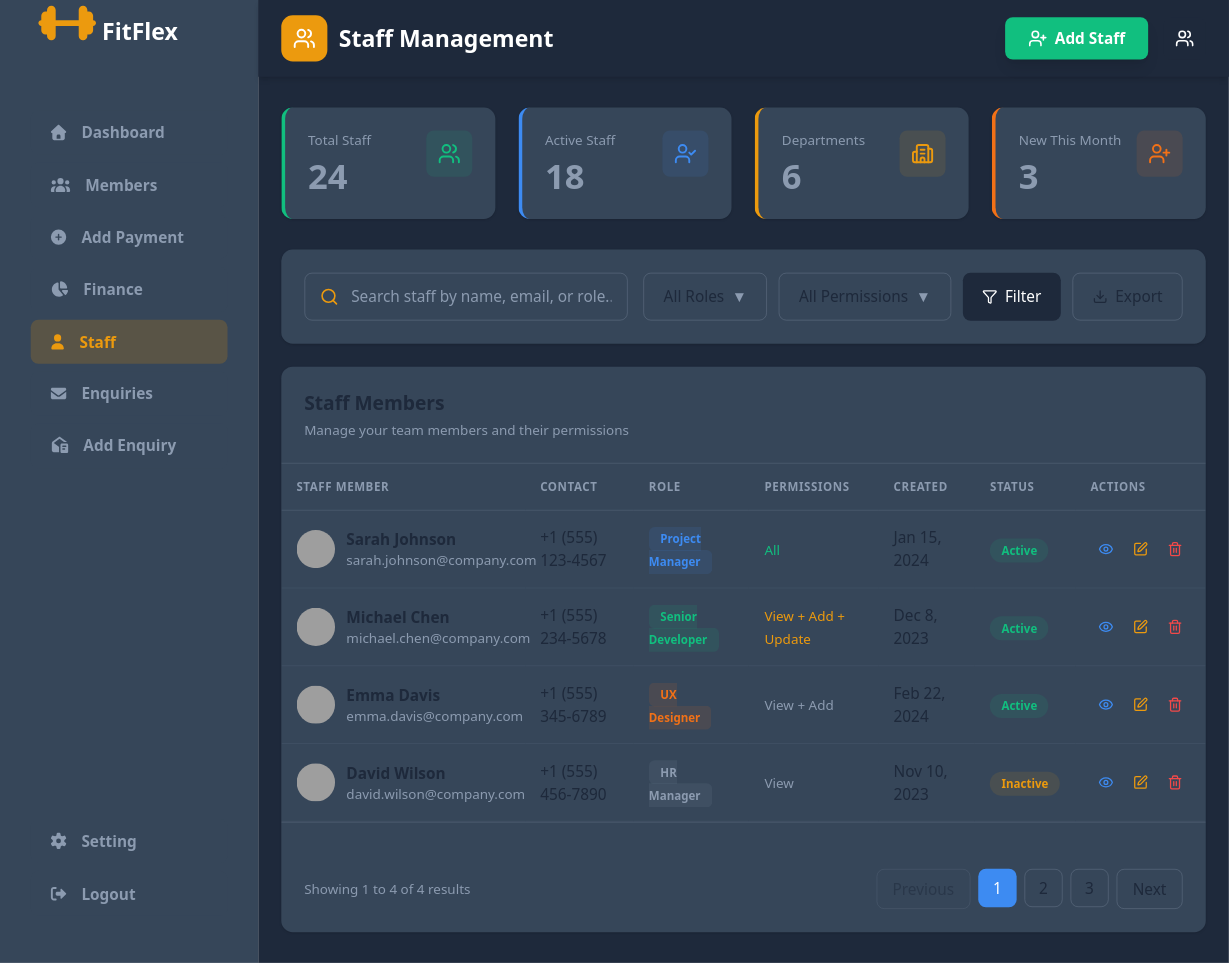
Repository: MuhammadTalhaTaj/gym_management_app_backend
Page: /staff (app in frontend/)
An editor plug-in stored every save of this project. The page is shown before and after a run of saves, followed by the edit.
The browser window is 1280 px wide. The pictures show the whole page, at 96% of full size.
Pictures or frames that could not be fetched are drawn as grey boxes. The project was rebuilt for these pictures with package versions that can differ from the ones it lists, and the page was loaded fresh each time. Also part of the build but not shown: frontend/vite.config.ts, frontend/src/assets/styles/AdminHeader.css, frontend/src/Components/AdminHeader.tsx, frontend/src/assets/styles/AdminDashboard.css, frontend/src/hooks/useDashboardData.ts, frontend/src/assets/styles/AdminDashboardStats.css, frontend/src/Components/AdminDashboardStats.tsx, frontend/src/Components/IncomeExpenseChart.tsx and 30 more.

Above is the page before, as saved 2025-11-21 10:01:29.

### frontend/index.html
<!doctype html>
<html lang="en">

<head>
  <meta charset="UTF-8" />
  <link rel="icon" type="image/svg+xml" href="/vite.svg" />
  <meta name="viewport" content="width=device-width, initial-scale=1.0" />
  <title>GymManagement</title>
  <link rel="preconnect" href="https://fonts.googleapis.com" />
  <link rel="preconnect" href="https://fonts.gstatic.com" crossorigin />
  <link rel="stylesheet" href="https://fonts.googleapis.com/css2?family=Roboto:wght@300;400;500;700&display=swap" />

</head>

<body>
  <div id="root"></div>
  <script type="module" src="/src/main.tsx"></script>
</body>

</html>

### frontend/src/index.css
@import "tailwindcss";
:root{
  padding: 0;
  margin: 0;
  box-sizing: border-box;
  --primary-100:#364659;
  --primary-200:#1E293B;
  --primary-300:#8C9BB0;
  --secondary-100: #EC9A0E;
  --secondary-200:#595446;
  --tertiary-100: #F24949;
  --tertiary-100-30: #584252;
  --tertiary-200: #F47117;
  --tertiary-200-30: #5A4B48;
  --tertiary-300: #11BF7F;
  --tertiary-300-30: #2B595E;
  --tertiary-400: #3D8BF2;
  --tertiary-400-30: #344E75;
  --tertiary-500: #94A3B8;
  --tertiary-600: #1E293B;
}
body{
  padding: 0;
  margin: 0;
}
.adminMain{
  display: flex;
  margin: 0;
  justify-content: space-between;
  padding: 0;
  /* border: 2px solid blue; */
}
@media all and (max-width:700px) {
  .adminMain{
    flex-direction: column;
  }
}

### frontend/src/Components/ProtectedRoute.tsx
import React, { useEffect, useState } from "react";
// import { Navigate } from "react-router-dom";
import { apiRequest } from "../config/api";

type Props = {
  children: React.ReactNode;
};

const getStoredToken = (): string | null => {
  return localStorage.getItem("accessToken") || sessionStorage.getItem("accessToken");
};

export default function ProtectedRoute({ children }: Props) {
  const [status, setStatus] = useState<"pending" | "ok" | "unauth">("pending");

  useEffect(() => {
    let mounted = true;

    const token = getStoredToken();
    if (!token) {
      // no token -> immediately unauth
      if (mounted) setStatus("unauth");
      return;
    }

    const validate = async () => {
      try {
        // call backend authenticate endpoint
        const res = await apiRequest<{ success?: boolean; message?: string; userId?: string }>({
          method: "GET",
          endpoint: "/auth/authenticate"
        });

        // backend returns success:true on valid token
        if (mounted && res && (res as any).success === true) {
          setStatus("ok");
        } else {
          // treat missing success flag as unauth
          if (mounted) setStatus("unauth");
        }
      } catch (err) {
        // any error -> unauth
        if (mounted) setStatus("unauth");
      }
    };

    validate();

    return () => { mounted = false; };
  }, []);

  if (status === "pending") {
    // while checking, render nothing (keep UI/layout unchanged)
    return null;
  }

  if (status === "unauth") {
    // clear tokens to ensure clean state, then redirect
    try {
      localStorage.removeItem("accessToken");
      sessionStorage.removeItem("accessToken");
    } catch (e) {
      // ignore
    }
    // return <Navigate to="/login" replace />;
  }

  // auth ok
  return <>{children}</>;
}

### frontend/src/context/AuthContext.tsx
// src/context/AuthContext.tsx (example)
import React, { createContext, useEffect } from "react";
import { onAuthFailure,
  // setAccessToken as storeAccessToken,
   clearTokens } from "../config/auth";
import { useNavigate } from "react-router-dom";

export const AuthContext = createContext<any>(null);

export const AuthProvider: React.FC<{children:any}> = ({ children }) => {
  const navigate = useNavigate();

  useEffect(() => {
    onAuthFailure(() => {
      // clear local tokens and redirect to login
      clearTokens();
      navigate("/login");
    });
  }, [navigate]);

  return <AuthContext.Provider value={{}}>{children}</AuthContext.Provider>;
};

### frontend/src/pages/Admin/Staff.tsx
import React, { useState } from 'react';
import { Search, Download, Filter, Eye, Edit, Trash2, UserPlus, Users, UserCheck, Building2 } from 'lucide-react';

// Mock data file simulation
const staffData = [
  {
    id: 1,
    name: 'Sarah Johnson',
    email: 'sarah.johnson@company.com',
    phone: '+1 (555) 123-4567',
    role: 'Project Manager',
    permissions: 'All',
    created: 'Jan 15, 2024',
    status: 'Active',
    avatar: 'https://i.pravatar.cc/150?img=1'
  },
  {
    id: 2,
    name: 'Michael Chen',
    email: 'michael.chen@company.com',
    phone: '+1 (555) 234-5678',
    role: 'Senior Developer',
    permissions: 'View + Add + Update',
    created: 'Dec 8, 2023',
    status: 'Active',
    avatar: 'https://i.pravatar.cc/150?img=2'
  },
  {
    id: 3,
    name: 'Emma Davis',
    email: 'emma.davis@company.com',
    phone: '+1 (555) 345-6789',
    role: 'UX Designer',
    permissions: 'View + Add',
    created: 'Feb 22, 2024',
    status: 'Active',
    avatar: 'https://i.pravatar.cc/150?img=3'
  },
  {
    id: 4,
    name: 'David Wilson',
    email: 'david.wilson@company.com',
    phone: '+1 (555) 456-7890',
    role: 'HR Manager',
    permissions: 'View',
    created: 'Nov 10, 2023',
    status: 'Inactive',
    avatar: 'https://i.pravatar.cc/150?img=4'
  }
];

const statsData = [
  { label: 'Total Staff', value: 24, icon: Users, color: 'bg-[#11BF7F]/10', iconColor: 'text-[#11BF7F]', borderColor: 'border-l-[#11BF7F]' },
  { label: 'Active Staff', value: 18, icon: UserCheck, color: 'bg-[#3D8BF2]/10', iconColor: 'text-[#3D8BF2]', borderColor: 'border-l-[#3D8BF2]' },
  { label: 'Departments', value: 6, icon: Building2, color: 'bg-[#EC9A0E]/10', iconColor: 'text-[#EC9A0E]', borderColor: 'border-l-[#EC9A0E]' },
  { label: 'New This Month', value: 3, icon: UserPlus, color: 'bg-[#F27117]/10', iconColor: 'text-[#F27117]', borderColor: 'border-l-[#F27117]' }
];

// Components
const StatCard = ({ stat }) => {
  const Icon = stat.icon;
  return (
    <div className={`bg-[var(--primary-100)] rounded-xl p-6 border-l-4 ${stat.borderColor} shadow-sm hover:shadow-md transition-shadow`}>
      <div className="flex items-start justify-between">
        <div>
          <p className="text-[#8C9BB0] text-sm font-medium mb-2">{stat.label}</p>
          <h3 className="text-[var(--primary-300)] text-4xl font-bold">{stat.value}</h3>
        </div>
        <div className={`${stat.color} ${stat.iconColor} p-3 rounded-lg`}>
          <Icon className="w-6 h-6" />
        </div>
      </div>
    </div>
  );
};

const SearchBar = ({ value, onChange }) => (
  <div className="relative flex-1 max-w-md">
    <Search className="absolute left-4 top-1/2 -translate-y-1/2 w-5 h-5 text-[var(--secondary-100)]" />
    <input
      type="text"
      value={value}
      onChange={(e) => onChange(e.target.value)}
      placeholder="Search staff by name, email, or role..."
      className="w-full pl-12 pr-4 py-3 rounded-lg border border-[#8C9BB0]/30 focus:outline-none focus:ring-2 focus:ring-[#3D8BF2] focus:border-transparent text-[var(--primary-300)] placeholder:text-[var(--primary-300)]"
    />
  </div>
);

const FilterButton = ({ children, onClick }) => (
  <button
    onClick={onClick}
    className="px-5 py-3 rounded-lg border border-[#8C9BB0]/30 text-[#1E293B] font-medium hover:bg-[#F8FAFC] transition-colors flex items-center gap-2"
  >
    {children}
  </button>
);

const ActionButton = ({ icon: Icon, onClick, variant = 'default' }) => {
  const colors = {
    view: 'text-[#3D8BF2] hover:bg-[#3D8BF2]/10',
    edit: 'text-[#EC9A0E] hover:bg-[#EC9A0E]/10',
    delete: 'text-[#F24949] hover:bg-[#F24949]/10'
  };

  return (
    <button
      onClick={onClick}
      className={`p-2 rounded-lg transition-colors ${colors[variant]}`}
    >
      <Icon className="w-4 h-4" />
    </button>
  );
};

const StatusBadge = ({ status }) => {
  const isActive = status === 'Active';
  return (
    <span className={`px-3 py-1 rounded-full text-xs font-semibold ${
      isActive
        ? 'bg-[#11BF7F]/10 text-[#11BF7F]'
        : 'bg-[#EC9A0E]/10 text-[#EC9A0E]'
    }`}>
      {status}
    </span>
  );
};

const RoleBadge = ({ role }) => {
  const colors = {
    'Project Manager': 'bg-[#3D8BF2]/10 text-[#3D8BF2]',
    'Senior Developer': 'bg-[#11BF7F]/10 text-[#11BF7F]',
    'UX Designer': 'bg-[#F27117]/10 text-[#F27117]',
    'HR Manager': 'bg-[#8C9BB0]/10 text-[#8C9BB0]'
  };

  return (
    <span className={`px-3 py-1 rounded-md text-xs font-semibold ${colors[role] || 'bg-gray-100 text-gray-700'}`}>
      {role}
    </span>
  );
};

const PermissionBadge = ({ permissions }) => {
  const getColor = () => {
    if (permissions === 'All') return 'text-[#11BF7F]';
    if (permissions.includes('Update')) return 'text-[#EC9A0E]';
    if (permissions.includes('Add')) return 'text-[#8C9BB0]';
    return 'text-[#8C9BB0]';
  };

  return (
    <span className={`text-sm font-medium ${getColor()}`}>
      {permissions}
    </span>
  );
};

const StaffTable = ({ data, onView, onEdit, onDelete }) => (
  <div className="overflow-x-auto">
    <table className="w-full">
      <thead>
        <tr className="border-b border-[#8C9BB0]/20">
          <th className="text-left py-4 px-4 text-xs font-semibold text-[#8C9BB0] uppercase tracking-wider">Staff Member</th>
          <th className="text-left py-4 px-4 text-xs font-semibold text-[#8C9BB0] uppercase tracking-wider">Contact</th>
          <th className="text-left py-4 px-4 text-xs font-semibold text-[#8C9BB0] uppercase tracking-wider">Role</th>
          <th className="text-left py-4 px-4 text-xs font-semibold text-[#8C9BB0] uppercase tracking-wider">Permissions</th>
          <th className="text-left py-4 px-4 text-xs font-semibold text-[#8C9BB0] uppercase tracking-wider">Created</th>
          <th className="text-left py-4 px-4 text-xs font-semibold text-[#8C9BB0] uppercase tracking-wider">Status</th>
          <th className="text-left py-4 px-4 text-xs font-semibold text-[#8C9BB0] uppercase tracking-wider">Actions</th>
        </tr>
      </thead>
      <tbody>
        {data.map((staff) => (
          <tr key={staff.id} className="border-b border-[#8C9BB0]/10 hover:bg-[#F8FAFC] transition-colors">
            <td className="py-4 px-4">
              <div className="flex items-center gap-3">
                <img src={staff.avatar} alt={staff.name} className="w-10 h-10 rounded-full object-cover" />
                <div>
                  <p className="font-semibold text-[#1E293B]">{staff.name}</p>
                  <p className="text-sm text-[#8C9BB0]">{staff.email}</p>
                </div>
              </div>
            </td>
            <td className="py-4 px-4 text-[#1E293B]">{staff.phone}</td>
            <td className="py-4 px-4">
              <RoleBadge role={staff.role} />
            </td>
            <td className="py-4 px-4">
              <PermissionBadge permissions={staff.permissions} />
            </td>
            <td className="py-4 px-4 text-[#1E293B]">{staff.created}</td>
            <td className="py-4 px-4">
              <StatusBadge status={staff.status} />
            </td>
            <td className="py-4 px-4">
              <div className="flex items-center gap-1">
                <ActionButton icon={Eye} onClick={() => onView(staff.id)} variant="view" />
                <ActionButton icon={Edit} onClick={() => onEdit(staff.id)} variant="edit" />
                <ActionButton icon={Trash2} onClick={() => onDelete(staff.id)} variant="delete" />
              </div>
            </td>
          </tr>
        ))}
      </tbody>
    </table>
  </div>
);

const Pagination = ({ currentPage, totalPages, onPageChange }) => (
  <div className="flex items-center justify-between mt-6">
    <p className="text-sm text-[#8C9BB0]">
      Showing 1 to 4 of {staffData.length} results
    </p>
    <div className="flex gap-2">
      <button
        onClick={() => onPageChange(currentPage - 1)}
        disabled={currentPage === 1}
        className="px-4 py-2 rounded-lg border border-[#8C9BB0]/30 text-[#1E293B] font-medium hover:bg-[#F8FAFC] disabled:opacity-50 disabled:cursor-not-allowed transition-colors"
      >
        Previous
      </button>
      {[...Array(totalPages)].map((_, i) => (
        <button
          key={i + 1}
          onClick={() => onPageChange(i + 1)}
          className={`w-10 h-10 rounded-lg font-medium transition-colors ${
            currentPage === i + 1
              ? 'bg-[#3D8BF2] text-white'
              : 'border border-[#8C9BB0]/30 text-[#1E293B] hover:bg-[#F8FAFC]'
          }`}
        >
          {i + 1}
        </button>
      ))}
      <button
        onClick={() => onPageChange(currentPage + 1)}
        disabled={currentPage === totalPages}
        className="px-4 py-2 rounded-lg border border-[#8C9BB0]/30 text-[#1E293B] font-medium hover:bg-[#F8FAFC] disabled:opacity-50 disabled:cursor-not-allowed transition-colors"
      >
        Next
      </button>
    </div>
  </div>
);

// Main Component
const Staff = () => {
  const [searchTerm, setSearchTerm] = useState('');
  const [currentPage, setCurrentPage] = useState(1);
  const [selectedRole, setSelectedRole] = useState('All Roles');
  const [selectedPermission, setSelectedPermission] = useState('All Permissions');

  const filteredData = staffData.filter(staff =>
    staff.name.toLowerCase().includes(searchTerm.toLowerCase()) ||
    staff.email.toLowerCase().includes(searchTerm.toLowerCase()) ||
    staff.role.toLowerCase().includes(searchTerm.toLowerCase())
  );

  const handleView = (id) => console.log('View staff:', id);
  const handleEdit = (id) => console.log('Edit staff:', id);
  const handleDelete = (id) => console.log('Delete staff:', id);

  return (
    <div className="min-h-screen bg-[var(--primary-200)]">
      {/* Header */}
      <header className="bg-[var(--primary-200)] shadow-md">
        <div className="max-w-[1600px] mx-auto px-6 py-4 flex items-center justify-between">
          <div className="flex items-center gap-3">
            <div className="bg-[var(--secondary-100)] p-3 rounded-xl">
              <Users className="w-6 h-6 text-white" />
            </div>
            <h1 className="text-white text-2xl font-bold">Staff Management</h1>
          </div>
          <div className="flex items-center gap-4">
            <button className="bg-[#11BF7F] hover:bg-[#11BF7F]/90 text-white px-6 py-2.5 rounded-lg font-semibold flex items-center gap-2 transition-colors shadow-lg">
              <UserPlus className="w-5 h-5" />
              Add Staff
            </button>
            <button className="bg-[#1E293B] hover:bg-[#1E293B]/90 text-white w-11 h-11 rounded-lg flex items-center justify-center transition-colors">
              <Users className="w-5 h-5" />
            </button>
          </div>
        </div>
      </header>

      {/* Main Content */}
      <main className="max-w-[1600px] mx-auto px-6 py-8">
        {/* Stats Grid */}
        <div className="grid grid-cols-1 md:grid-cols-2 lg:grid-cols-4 gap-6 mb-8">
          {statsData.map((stat, index) => (
            <StatCard key={index} stat={stat} />
          ))}
        </div>

        {/* Filters Section */}
        <div className="bg-[var(--primary-100)] rounded-xl shadow-sm p-6 mb-6">
          <div className="flex flex-col lg:flex-row gap-4 items-start lg:items-center">
            <SearchBar value={searchTerm} onChange={setSearchTerm} />
            <div className="flex flex-wrap gap-3">
              <FilterButton>
                {selectedRole}
                <span className="text-[#8C9BB0]">▼</span>
              </FilterButton>
              <FilterButton>
                {selectedPermission}
                <span className="text-[#8C9BB0]">▼</span>
              </FilterButton>
              <button className="px-5 py-3 rounded-lg bg-[#1E293B] text-white font-medium hover:bg-[#1E293B]/90 transition-colors flex items-center gap-2">
                <Filter className="w-4 h-4" />
                Filter
              </button>
              <button className="px-5 py-3 rounded-lg border border-[#8C9BB0]/30 text-[#1E293B] font-medium hover:bg-[#F8FAFC] transition-colors flex items-center gap-2">
                <Download className="w-4 h-4" />
                Export
              </button>
            </div>
          </div>
        </div>

        {/* Staff Table */}
        <div className="bg-[var(--primary-100)] rounded-xl shadow-sm overflow-hidden">
          <div className="p-6 border-b border-[#8C9BB0]/20">
            <h2 className="text-xl font-bold text-[#1E293B]">Staff Members</h2>
            <p className="text-[#8C9BB0] text-sm mt-1">Manage your team members and their permissions</p>
          </div>

          <StaffTable
            data={filteredData}
            onView={handleView}
            onEdit={handleEdit}
            onDelete={handleDelete}
          />

          <div className="p-6 border-t border-[#8C9BB0]/20">
            <Pagination
              currentPage={currentPage}
              totalPages={3}
              onPageChange={setCurrentPage}
            />
          </div>
        </div>
      </main>
    </div>
  );
};

export default Staff;

### frontend/src/config/auth.ts
// src/config/auth.ts
const ACCESS_TOKEN_KEY = "accessToken";

/**
 * Read access token (prefers localStorage, fallbacks to sessionStorage)
 */
export function readAccessToken(): string | null {
  return localStorage.getItem(ACCESS_TOKEN_KEY) || sessionStorage.getItem(ACCESS_TOKEN_KEY);
}

/**
 * Store access token.
 * If `persist` true -> save to localStorage, otherwise sessionStorage.
 */
export function setAccessToken(token: string | null, persist = true) {
  if (!token) {
    localStorage.removeItem(ACCESS_TOKEN_KEY);
    sessionStorage.removeItem(ACCESS_TOKEN_KEY);
    return;
  }
  if (persist) {
    localStorage.setItem(ACCESS_TOKEN_KEY, token);
    sessionStorage.removeItem(ACCESS_TOKEN_KEY);
  } else {
    sessionStorage.setItem(ACCESS_TOKEN_KEY, token);
    localStorage.removeItem(ACCESS_TOKEN_KEY);
  }
}

/**
 * Clear tokens
 */
export function clearTokens() {
  localStorage.removeItem(ACCESS_TOKEN_KEY);
  sessionStorage.removeItem(ACCESS_TOKEN_KEY);
}

/**
 * Call refresh endpoint to obtain a fresh access token.
 * Note: This request includes credentials because your backend may store refresh token in an httpOnly cookie.
 */
let AUTH_BASE_URL = (import.meta.env.VITE_API_URL || "http://localhost:4000").replace(/\/$/, "");

export async function refreshAccessToken(): Promise<string> {
  const url = `${AUTH_BASE_URL}/auth/refreshToken`;

  const res = await fetch(url, {
    method: "POST",
    // include cookies to allow the server to find httpOnly refresh cookie
    credentials: "include",
    headers: {
      "Content-Type": "application/json"
    },
    // no body needed because your server reads cookie/header
  });

  // If server returns non-JSON or non-ok, try to parse but handle gracefully
  let data: any = {};
  try {
    data = await res.json();
  } catch (e) {
    // ignore parse error
  }

  if (!res.ok) {
    // throw useful error with body message if present
    const message = data?.message || `Failed to refresh access token (status ${res.status})`;
    throw new Error(message);
  }

  if (!data?.accessToken) {
    throw new Error("Refresh succeeded but no accessToken returned");
  }

  // store returned token (persist behavior up to you; default persist)
  setAccessToken(data.accessToken, true);
  return data.accessToken;
}

/**
 * App-level callback when refresh fails (e.g., redirect to /login)
 */
let authFailureHandler: (() => void) | null = null;
export function onAuthFailure(handler: () => void) {
  authFailureHandler = handler;
}
export function callAuthFailureHandler() {
  if (typeof authFailureHandler === "function") authFailureHandler();
}

Loaded but not shown: frontend/src/main.tsx (common file); frontend/src/Components/AdminSidebar.tsx (181 lines, source omitted); frontend/src/config/api.ts (123 lines, source omitted); frontend/src/App.tsx (71 lines, source omitted); frontend/src/assets/styles/AdminSidebar.css (138 lines, source omitted); frontend/src/pages/Admin/AddStaff.tsx (no stored copy; drawn as an empty file)

After the next 2 saves:
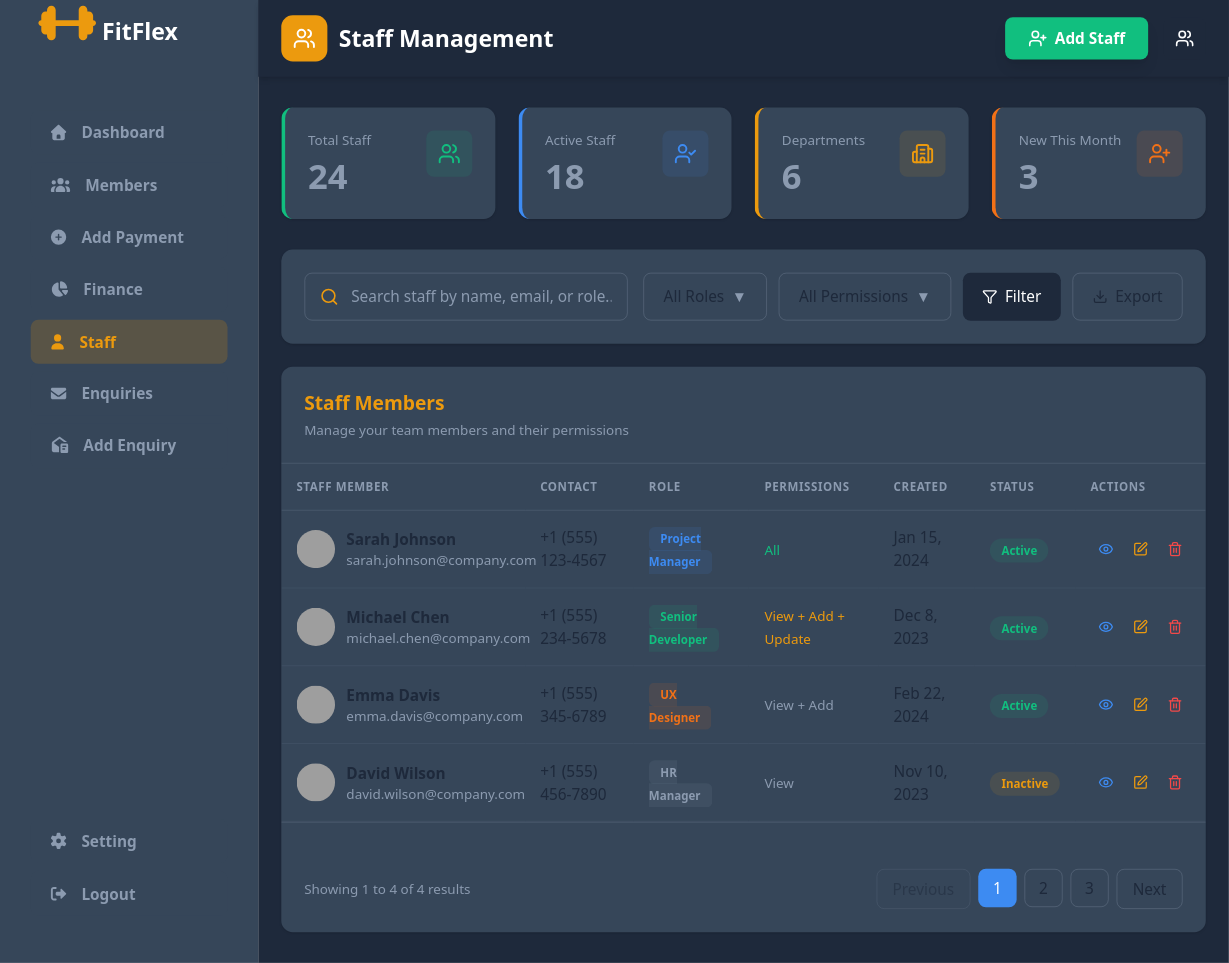
The 2 saves are shown as one change because they came seconds apart.
The last was saved 16 s later.
--- a/frontend/src/pages/Admin/Staff.tsx
+++ b/frontend/src/pages/Admin/Staff.tsx
@@ -321,7 +321,7 @@ const Staff = () => {
         {/* Staff Table */}
         <div className="bg-[var(--primary-100)] rounded-xl shadow-sm overflow-hidden">
           <div className="p-6 border-b border-[#8C9BB0]/20">
-            <h2 className="text-xl font-bold text-[#1E293B]">Staff Members</h2>
+            <h2 className="text-xl font-bold text-[var(--secondary-100)]">Staff Members</h2>
             <p className="text-[#8C9BB0] text-sm mt-1">Manage your team members and their permissions</p>
           </div>
 
